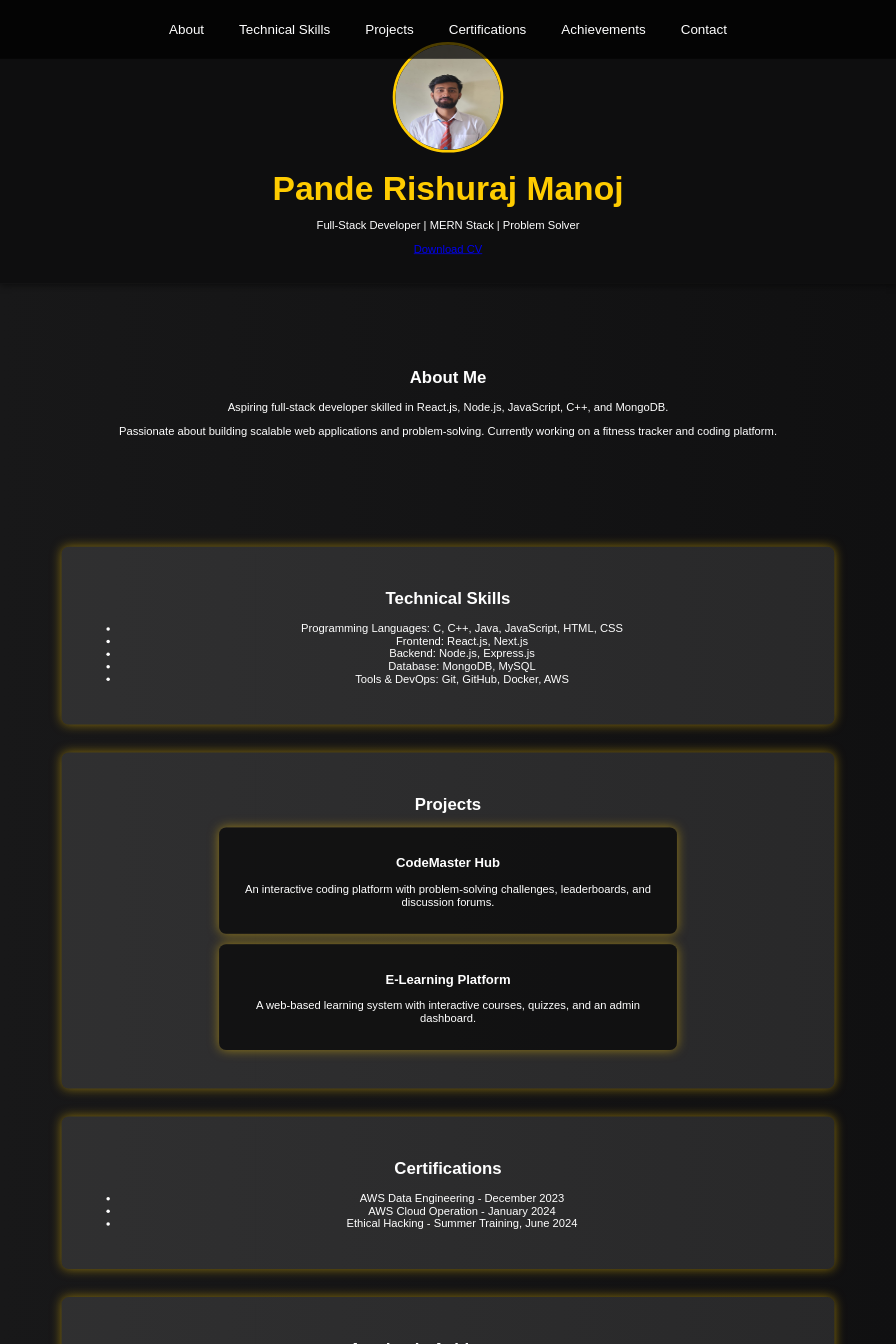
Repository: Rishuraj-Pandey/portfolio
Page: index.html
The author's editor kept a copy of each file at every save. The page is drawn from the files as they stood at one save, then again after a run of saves.
The browser window is 1280 px wide. The pictures show the part of the page from y = 0 to 1920 px (the page is 2809 px tall before and 2848 px after), at 70% of full size.

Above is the page before, as saved 2025-03-22 01:25:18.

After the next 2 saves:
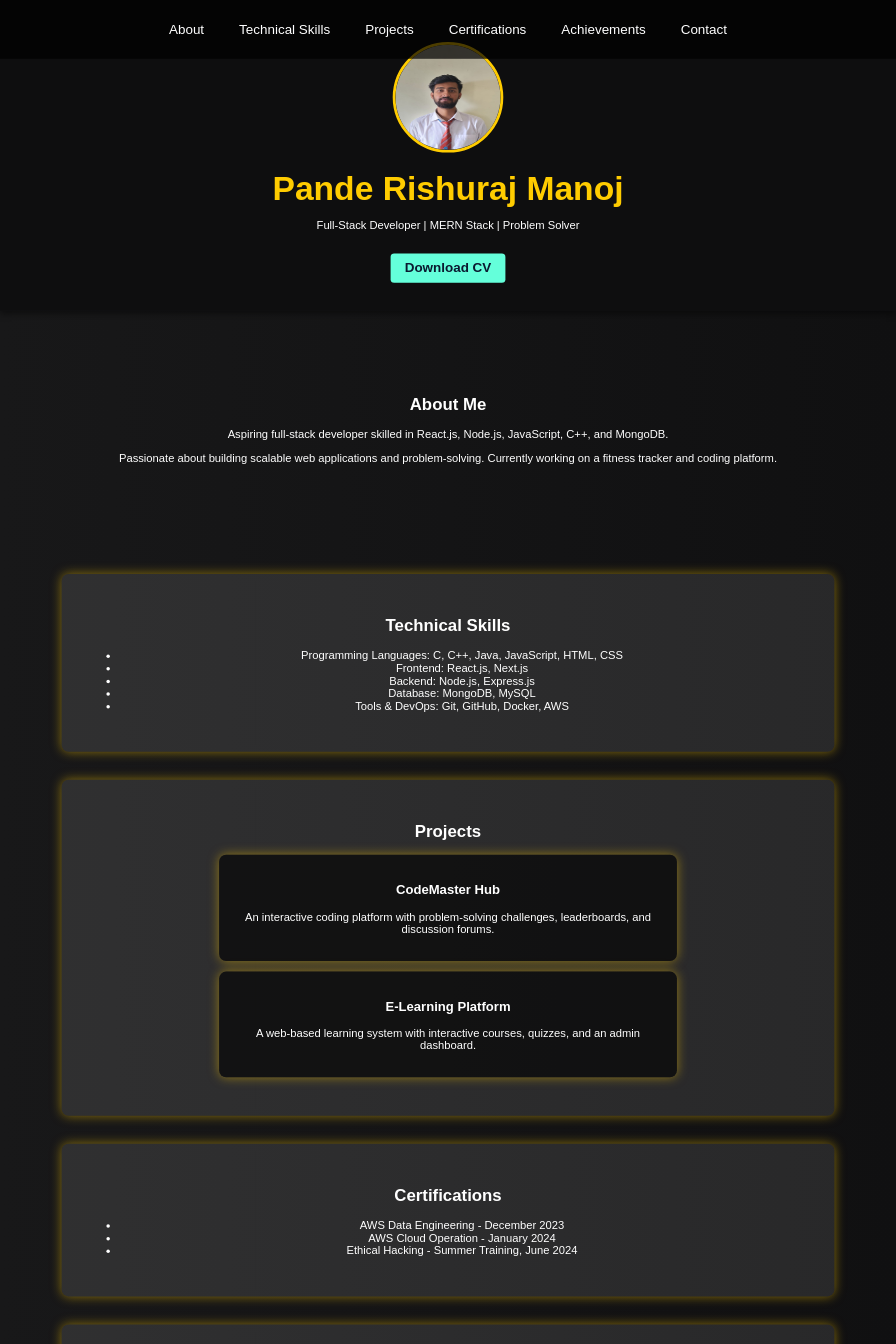
The 2 saves are shown as one change because they came seconds apart.
The last was saved 16 s later.
--- a/style.css
+++ b/style.css
@@ -45,7 +45,18 @@ nav ul {
     justify-content: center;
     gap: 20px;
 }
-
+.download-cv {
+    display: inline-block;
+    margin-top: 15px;
+    padding: 10px 20px;
+    font-size: 1.2em;
+    color: #0a192f;
+    background: #64ffda;
+    border-radius: 5px;
+    text-decoration: none;
+    font-weight: bold;
+    transition: background 0.3s ease-in-out;
+}
 nav ul li {
     display: inline;
 }
